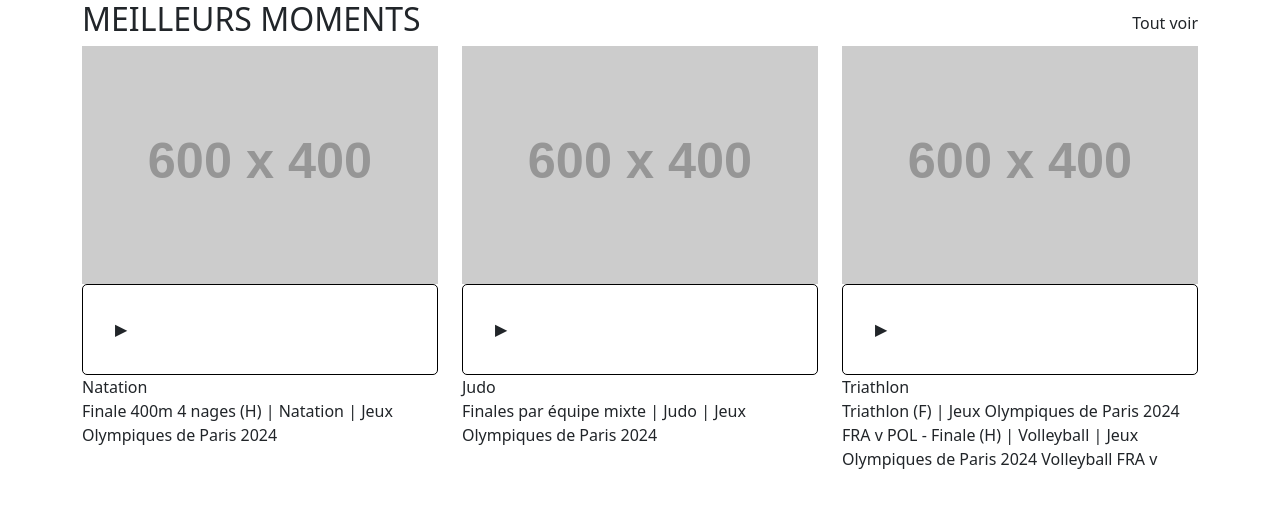
Repository: fbansept/ran3_24_jeu
Page: index.html
The author's editor kept a copy of each file at every save. The page is drawn from the files as they stood at one save, then again after a run of saves.
The browser window is 1280 px wide. The pictures show the whole page.

Above is the page before, as saved 2024-10-14 15:53:20.

### index.html
<!DOCTYPE html>
<html lang="en">
  <head>
    <meta charset="UTF-8" />
    <meta name="viewport" content="width=device-width, initial-scale=1.0" />
    <title>Document</title>
    <link
      href="https://cdn.jsdelivr.net/npm/bootstrap@5.3.3/dist/css/bootstrap.min.css"
      rel="stylesheet"
      integrity="sha384-QWTKZyjpPEjISv5WaRU9OFeRpok6YctnYmDr5pNlyT2bRjXh0JMhjY6hW+ALEwIH"
      crossorigin="anonymous"
    />
    <link rel="stylesheet" href="styles.css" />

    <script
      defer
      src="https://cdn.jsdelivr.net/npm/bootstrap@5.3.3/dist/js/bootstrap.bundle.min.js"
      integrity="sha384-YvpcrYf0tY3lHB60NNkmXc5s9fDVZLESaAA55NDzOxhy9GkcIdslK1eN7N6jIeHz"
      crossorigin="anonymous"
    ></script>
  </head>
  <body class="container">
    <main>
      <section>
        <header>
          <h2>MEILLEURS MOMENTS</h2>
          <span>Tout voir</span>
        </header>
        <div class="row row-cols-1 row-cols-md-3">
          <article class="col">
            <div class="image">
              <img src="https://placehold.co/600x400" alt="" />
              <div class="bouton-play"></div>
            </div>
            <span class="label">Natation</span>
            <p>
              Finale 400m 4 nages (H) | Natation | Jeux Olympiques de Paris 2024
            </p>
          </article>

          <article class="col">
            <div class="image">
              <img src="https://placehold.co/600x400" alt="" />
              <div class="bouton-play"></div>
            </div>
            <span class="label">Judo</span>
            <p>
              Finales par équipe mixte | Judo | Jeux Olympiques de Paris 2024
            </p>
          </article>

          <article class="col">
            <div class="image">
              <img src="https://placehold.co/600x400" alt="" />
              <div class="bouton-play"></div>
            </div>
            <span class="label">Triathlon</span>
            <p>
              Triathlon (F) | Jeux Olympiques de Paris 2024 FRA v POL - Finale
              (H) | Volleyball | Jeux Olympiques de Paris 2024 Volleyball FRA v
            </p>
          </article>
        </div>
      </section>
    </main>
  </body>
</html>

### styles.css
main > section > div > article > .image > img {
  object-fit: cover;
  width: 100%;
}

main > section > header {
  display: flex;
  justify-content: space-between;
  align-items: center;
}

main > section > div > article > .image > .bouton-play {
  padding: 2em;
  border-radius: 5px;
  border: 1px solid black;
}

main > section > div > article > .image > .bouton-play::after {
  content: "▶";
  font-family: helvetica;
}

After the next 8 saves:
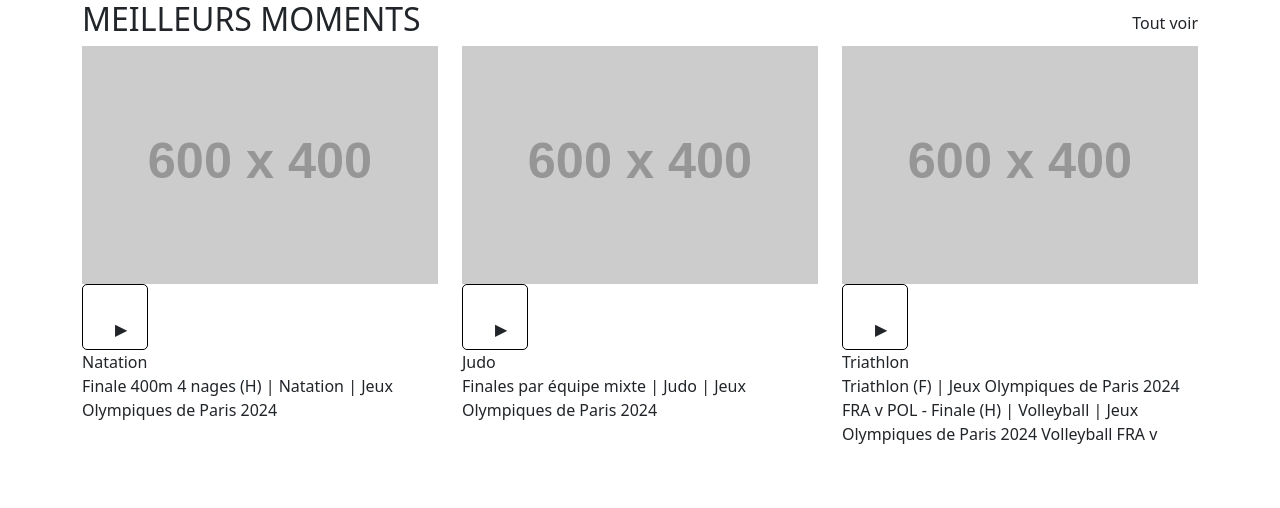
The 8 saves are shown as one change because they came seconds apart.
The last was saved 23 s later.
--- a/styles.css
+++ b/styles.css
@@ -13,6 +13,8 @@ main > section > div > article > .image > .bouton-play {
   padding: 2em;
   border-radius: 5px;
   border: 1px solid black;
+  width: 50px;
+  height: 50px;
 }
 
 main > section > div > article > .image > .bouton-play::after {
